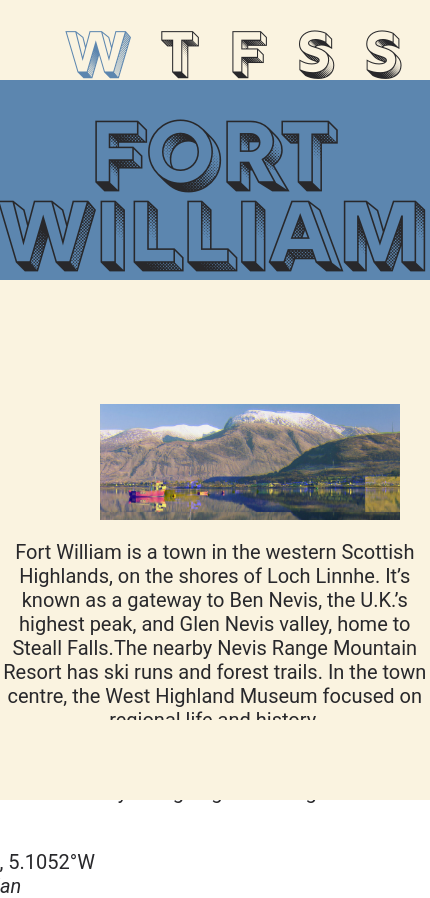
Repository: etak-yram/FINAL-CFG-WEB-DEV
Page: wednesday.html
These files come from the project's save history. The page is drawn as it stood at one moment and after the next save; the edit follows.
The browser window is 375 px wide. The page is 430 px wide, so the pictures cover 430 px, including what lies to the right of the window. The pictures show the whole page.

Above is the page before, as saved 2022-07-27 12:47:47.

After the next save:
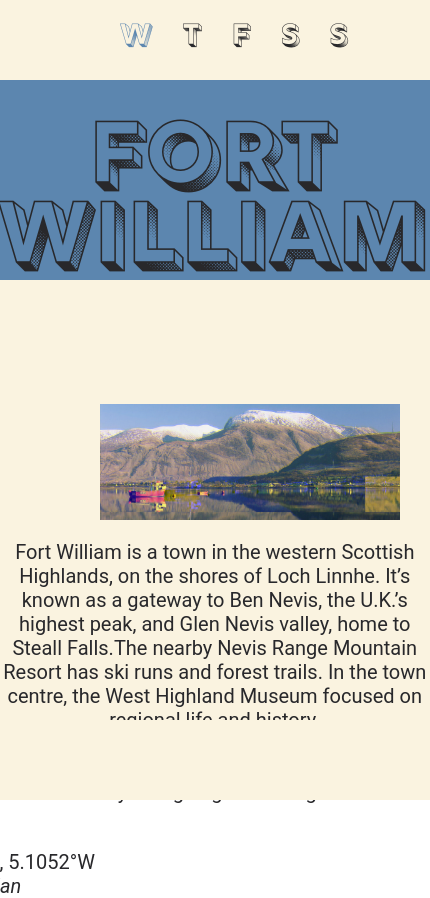
Saved 46 min 59 s later.
--- a/style-main.css
+++ b/style-main.css
@@ -213,7 +213,7 @@ footer {
     font-family: halftone;
     text-decoration: none;
     color: #28282B;
-    font-size: 4rem;
+    font-size: 2rem;
     padding: 15px;
 
   }
